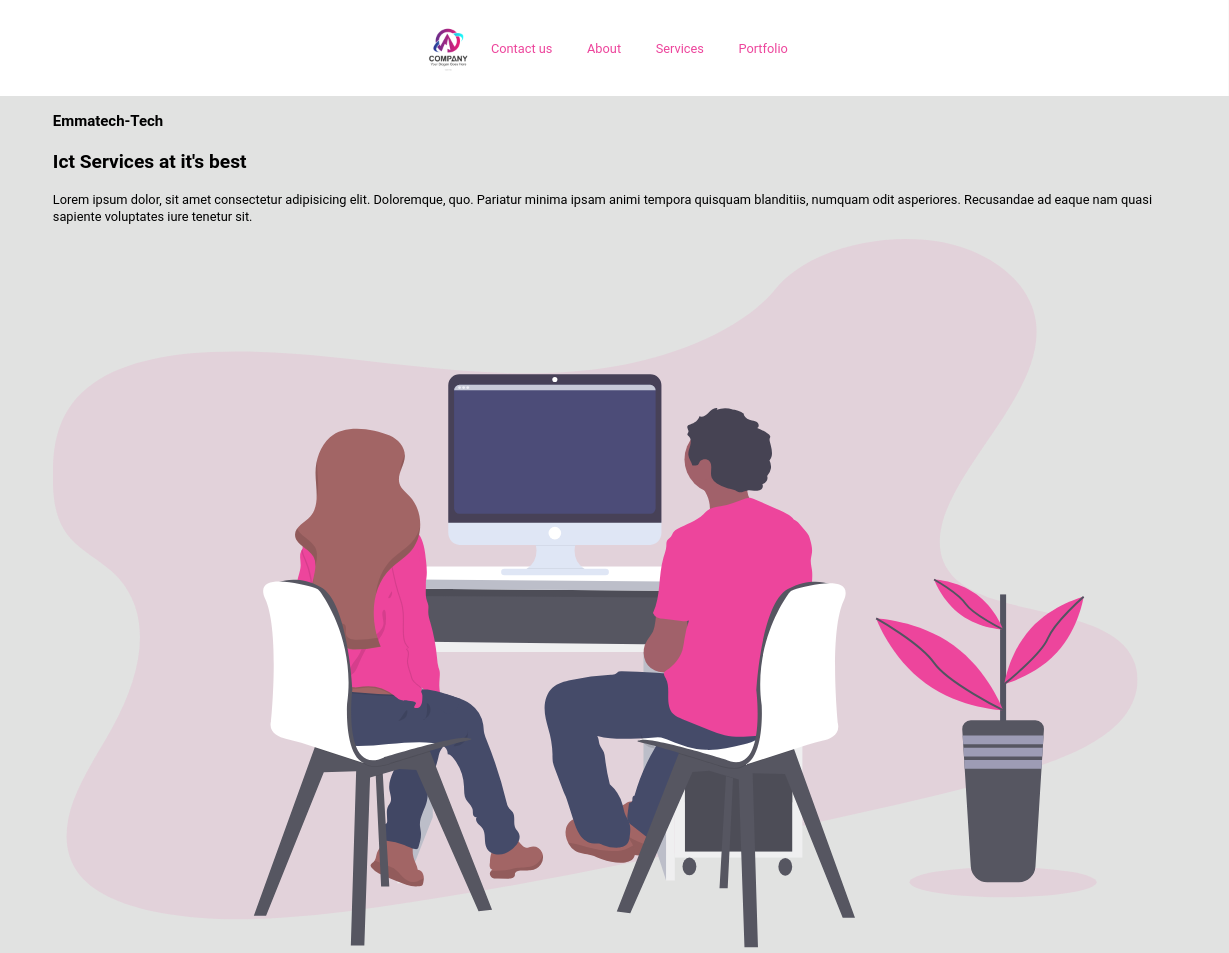
Repository: wisdomspine/emmatech-website
Page: index.html
These files come from the project's save history. The page is drawn as it stood at one moment and after the next save; the edit follows.
The browser window is 1280 px wide. The pictures show the whole page, at 96% of full size.

Above is the page before, as saved 2020-09-28 13:23:08.

After the next save:
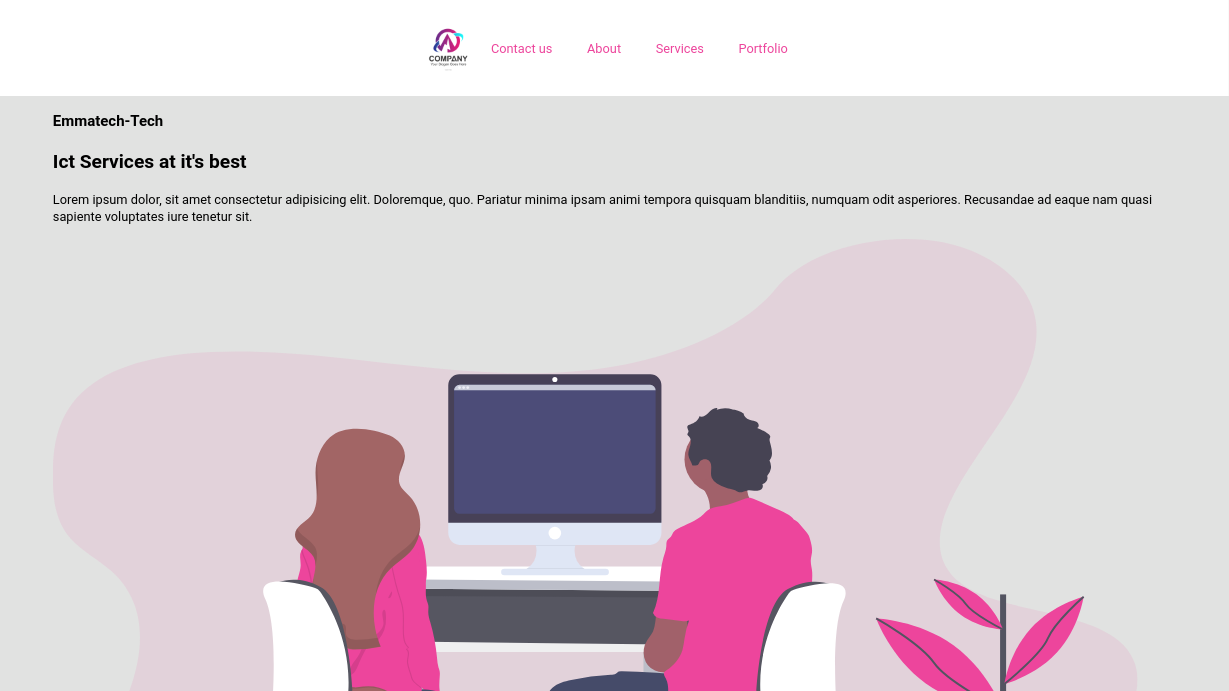
Saved 28 s later.
--- a/assets/styles/home-slide.css
+++ b/assets/styles/home-slide.css
@@ -1,5 +1,5 @@
 @import "./variables.css";
 .home-slide {
-  height: calc(100vh- 500px);
+  height: calc(100vh - var(--header-height));
   overflow: hidden;
 }
